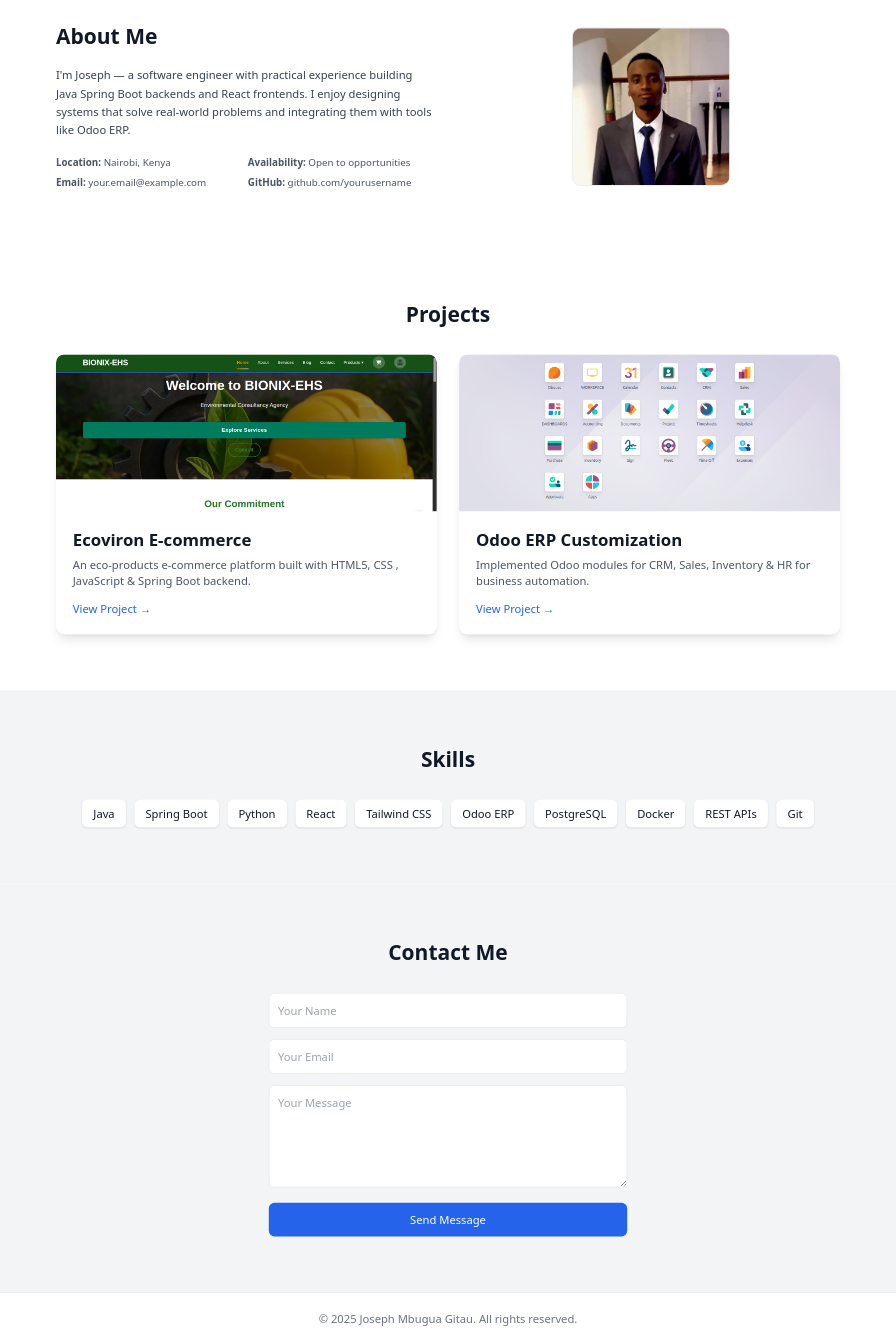
Repository: mbuguag/Portfolio
Page: /
The author's editor kept a copy of each file at every save. The page is drawn from the files as they stood at one save, then again after the next save.
The browser window is 1280 px wide. The pictures show the part of the page from y = 765 to 2685 px (the page is 2685 px tall before and 2633 px after), at 70% of full size.
The project was rebuilt for these pictures with package versions that can differ from the ones it lists, and the page was loaded fresh each time. Also part of the build but not shown: vite.config.js.

Above is the page before, as saved 2025-10-24 10:12:01.

After the next save:
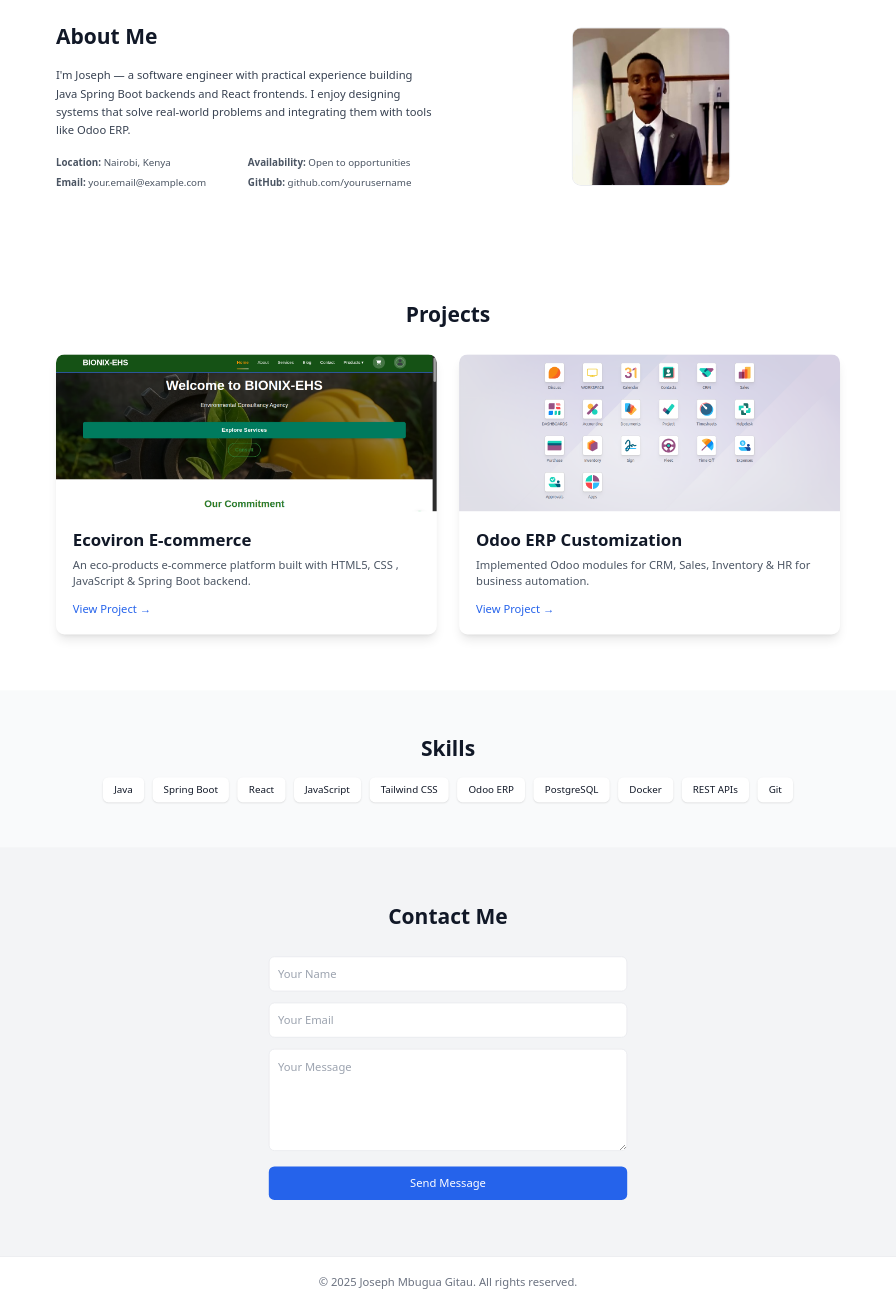
Saved 15 s later.
--- a/src/components/Skills/Skills.jsx
+++ b/src/components/Skills/Skills.jsx
@@ -1,18 +1,22 @@
+import React from "react";
+
 const skills = [
-  "Java", "Spring Boot", "Python", "React", "Tailwind CSS",
+  "Java", "Spring Boot", "React", "JavaScript", "Tailwind CSS",
   "Odoo ERP", "PostgreSQL", "Docker", "REST APIs", "Git"
 ];
 
 export default function Skills() {
   return (
-    <section id="skills" className="py-20 bg-gray-100 dark:bg-gray-800">
-      <h2 className="text-3xl font-bold mb-10 text-center">Skills</h2>
-      <div className="flex flex-wrap justify-center gap-3">
-        {skills.map((skill) => (
-          <span key={skill} className="px-4 py-2 bg-white dark:bg-gray-700 shadow rounded-lg">
-            {skill}
-          </span>
-        ))}
+    <section id="skills" className="py-16 bg-gray-50 dark:bg-gray-800">
+      <div className="container">
+        <h2 className="section-title text-center">Skills</h2>
+        <div className="mt-6 flex flex-wrap justify-center gap-3">
+          {skills.map((s) => (
+            <span key={s} className="px-4 py-2 rounded-lg bg-white dark:bg-gray-700 shadow text-sm">
+              {s}
+            </span>
+          ))}
+        </div>
       </div>
     </section>
   );
